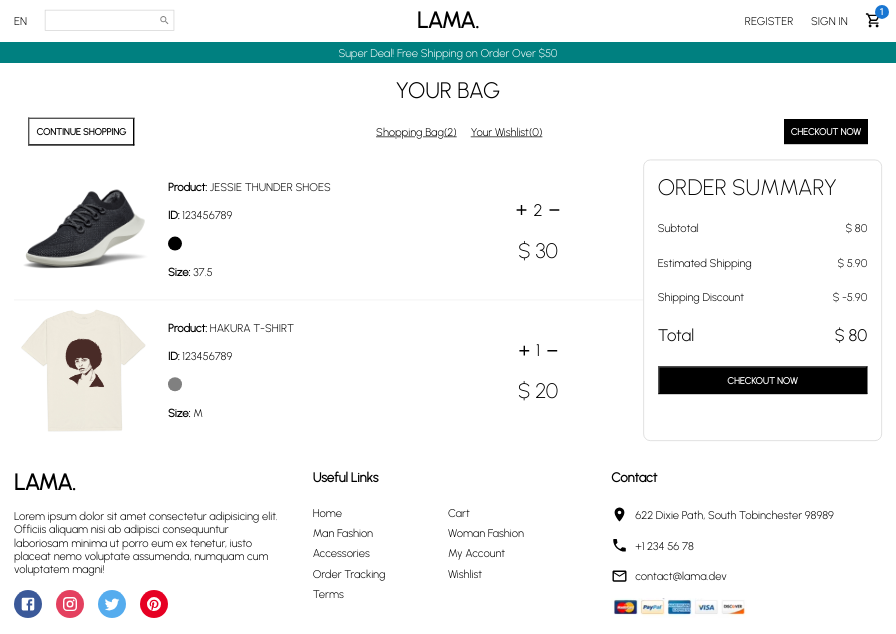
Repository: kmvaghela/ECOMMERCE
Page: /
An editor plug-in stored every save of this project. The page is shown before and after the next save, followed by the edit.
The browser window is 1280 px wide. The pictures show the part of the page from y = 0 to 1920 px (the page is 906 px tall before and 2808 px after), at 70% of full size.
The project was rebuilt for these pictures with package versions that can differ from the ones it lists, and the page was loaded fresh each time. Also part of the build but not shown: src/pages/Product.jsx, src/pages/ProductList.jsx, src/pages/Register.jsx, src/pages/Login.jsx.

Above is the page before, as saved 2022-02-24 21:50:19.

After the next save:
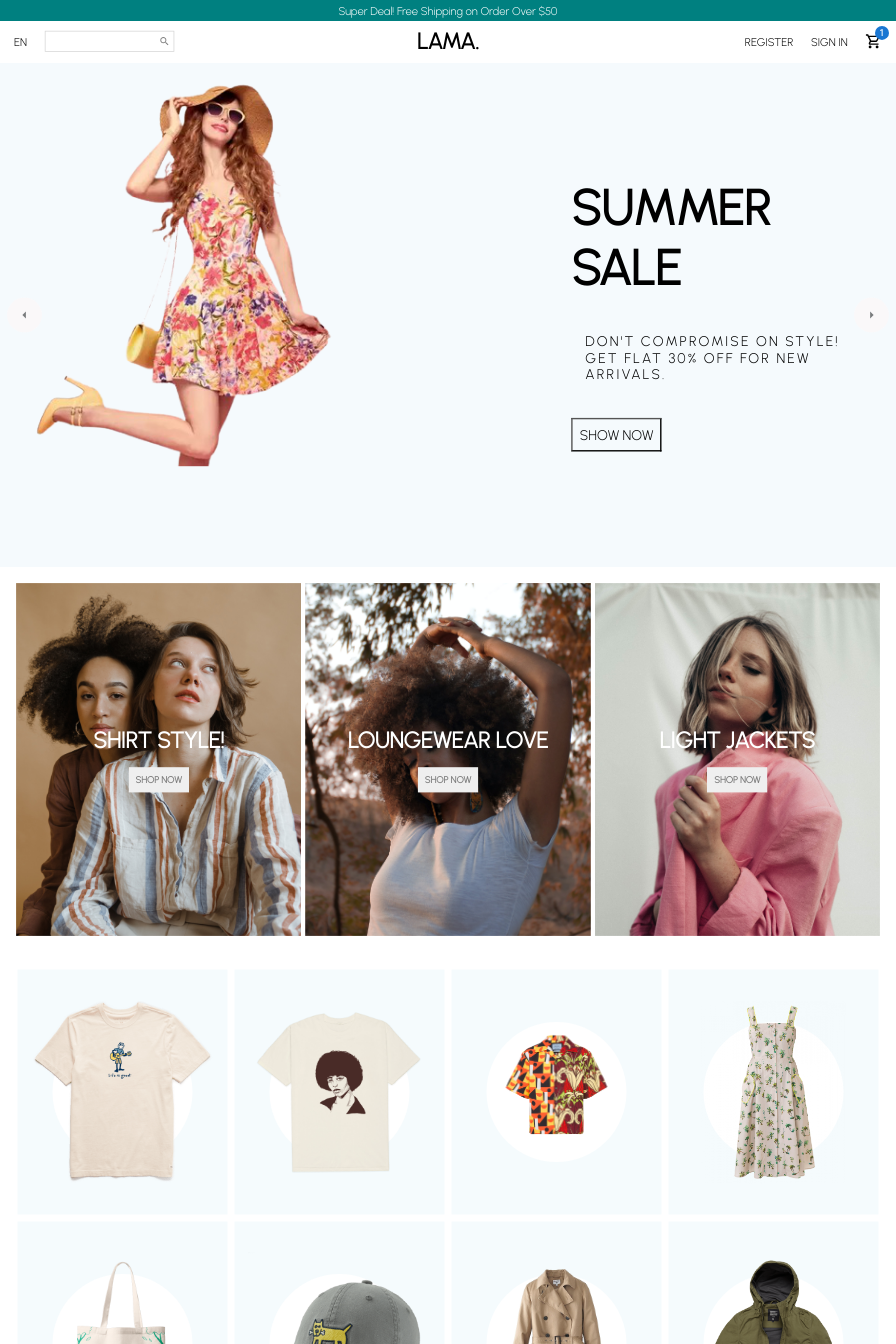
Saved 80 s later.
--- a/src/App.jsx
+++ b/src/App.jsx
@@ -7,12 +7,12 @@
 
 const App = () => {
   return (
-    // <Home />
+    <Home />
     // <ProductList />
     // <Product />
     // <Register />
     // <Login />
-    <Cart />
+    // <Cart />
   );
 };
 
